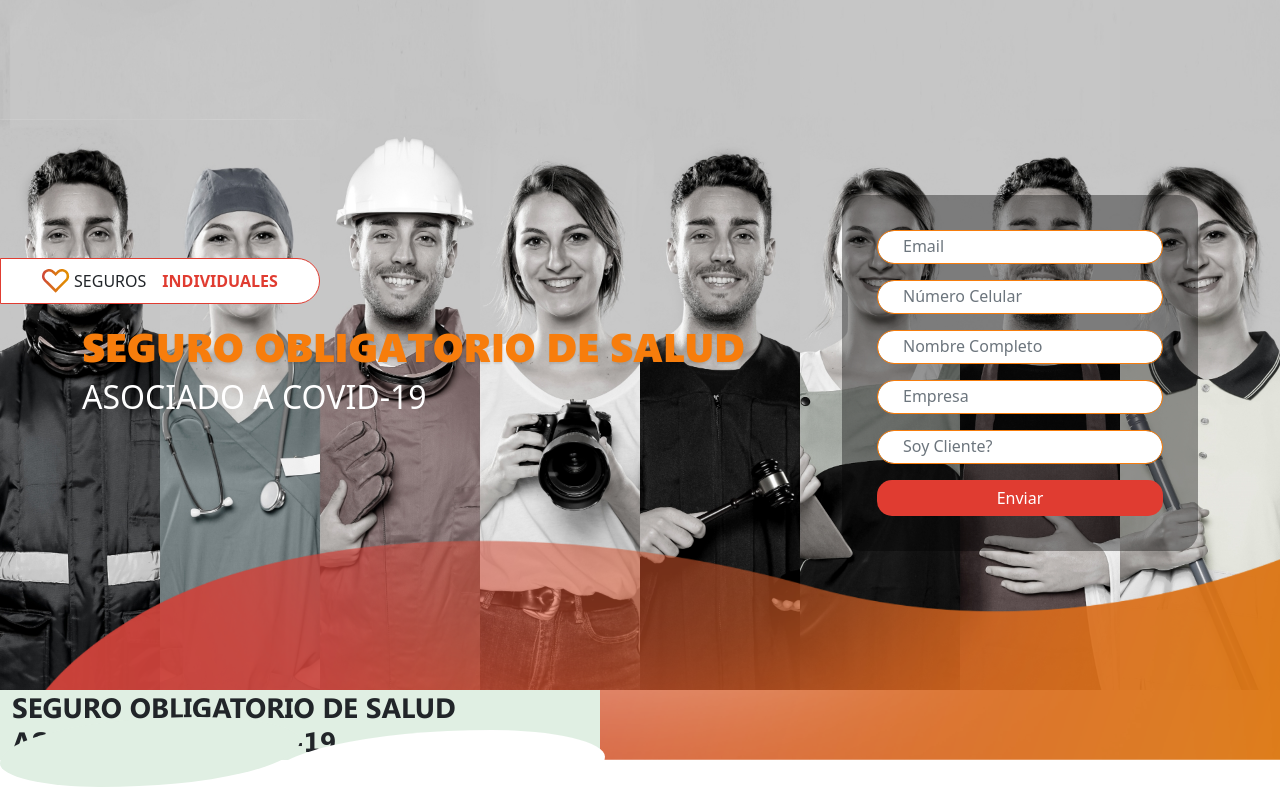
Repository: Darigo30/vidacamara
Page: index.html
An editor plug-in stored every save of this project. The page is shown before and after the next save, followed by the edit.
The browser window is 1280 px wide. The page is 1280 px wide, then 1285 px, then 1280 px, so the pictures cover 1285 px, including what lies to the right of the window. The pictures show the whole page.
Some web fonts or font styles are not loaded; a fallback is used. Some web libraries are served in a nearby version.

Above is the page before, as saved 2021-07-28 22:26:10.
Not found: assets/js/custom.js

After the next save:
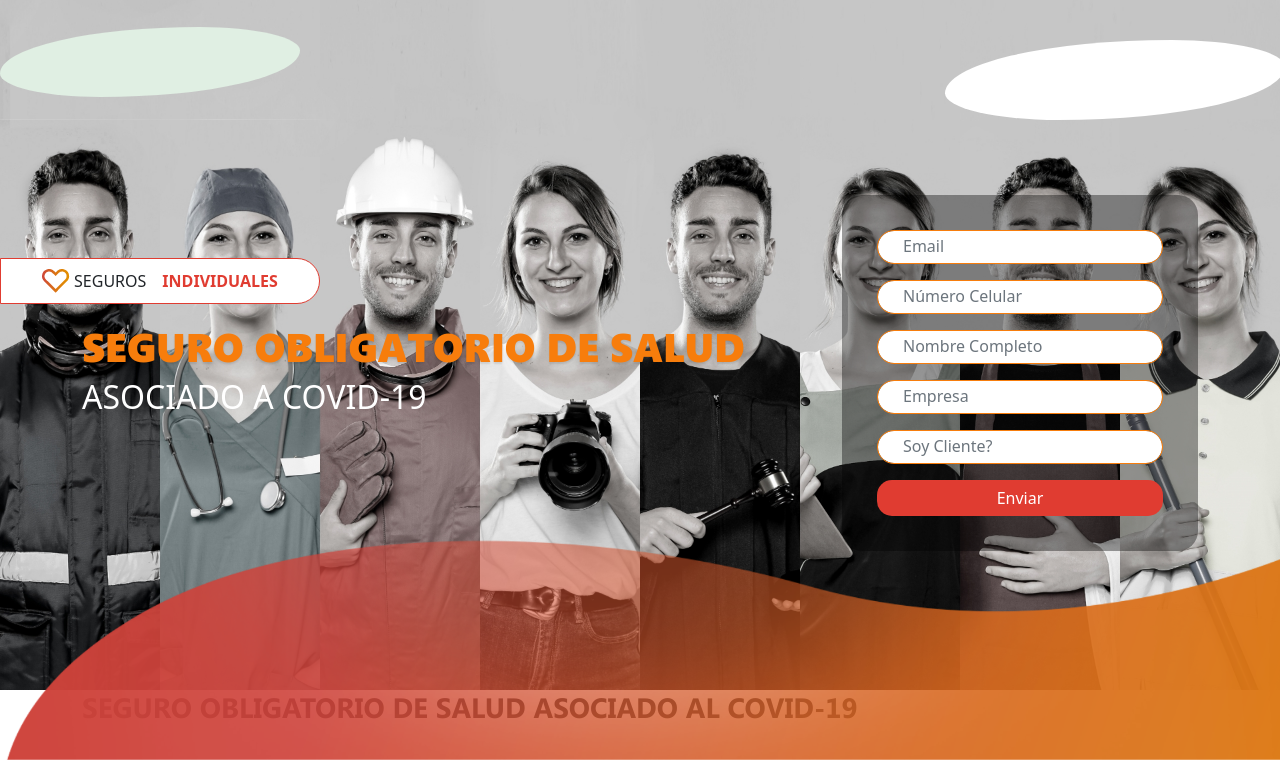
Saved 20 s later.
--- a/index.html
+++ b/index.html
@@ -51,7 +51,7 @@
                 </div>
             </div>
         </section>
-        <section id="wave">
+        <section class="seguro">
             <div class="container">
                 <div class="row">
                     <div class="col-12">

After the save that followed:
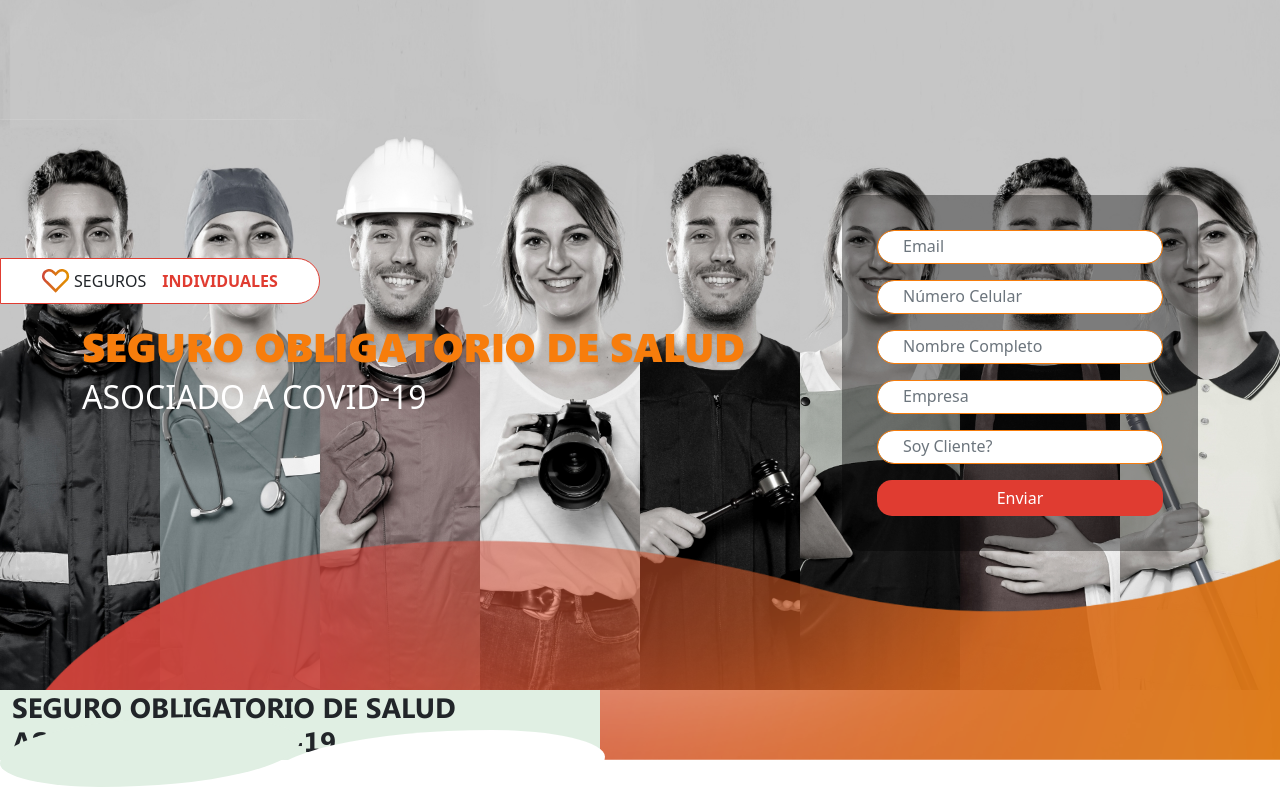
Saved 17 s later.
--- a/css/style.css
+++ b/css/style.css
@@ -121,37 +121,16 @@
 }
 /*Seccion seguro obligatorio*/
 
-.seguro::before{
-    content: "";
-  display: block;
-  position: absolute;
-  border-radius: 100% 50%;
-  width: 340px;
-  height: 80px;
-  background-color: white;
-  right: -5px;
-  top: 40px;
-}
-.seguro:after {
-    content: "";
-    display: block;
-    position: absolute;
-    border-radius: 100% 50%;
-    width: 300px;
-    height: 70px;
-    background-color: #e0efe3;
-    left: 0;
-    top: 27px;
-  }
 
-  #wave {
+
+  .seguro {
     position: relative;
     height: 70px;
     width: 600px;
     background: #e0efe3;
   }
 
-  #wave:before {
+  .seguro:before {
           content: "";
           display: block;
           position: absolute;
@@ -163,7 +142,7 @@
       top: 40px;
   }
 
-  #wave:after {
+  .seguro:after {
           content: "";
           display: block;
           position: absolute;
